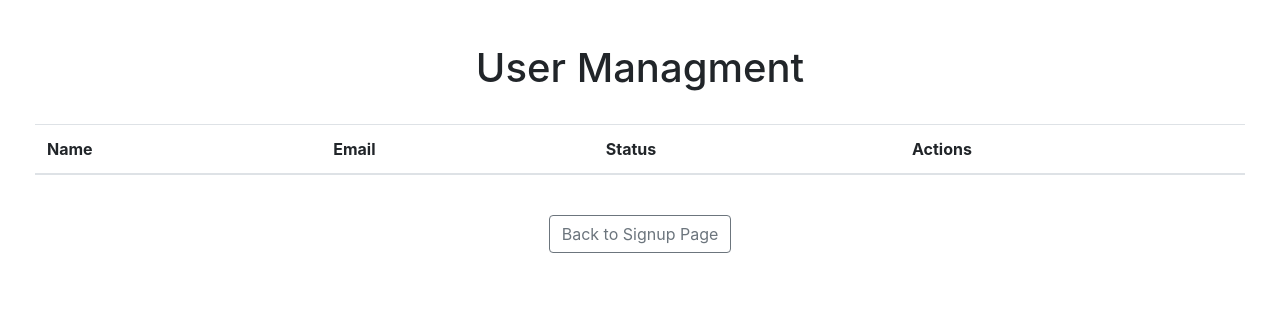
Repository: rmdayberry/yodlr-take-home
Page: public/admin.html
These files come from the project's save history. The page is drawn as it stood at one moment and after the next save; the edit follows.
The browser window is 1280 px wide. The pictures show the whole page.
The page's requests for data from a server got no answer.

Above is the page before, as saved 2024-10-09 10:35:52.

After the next save:
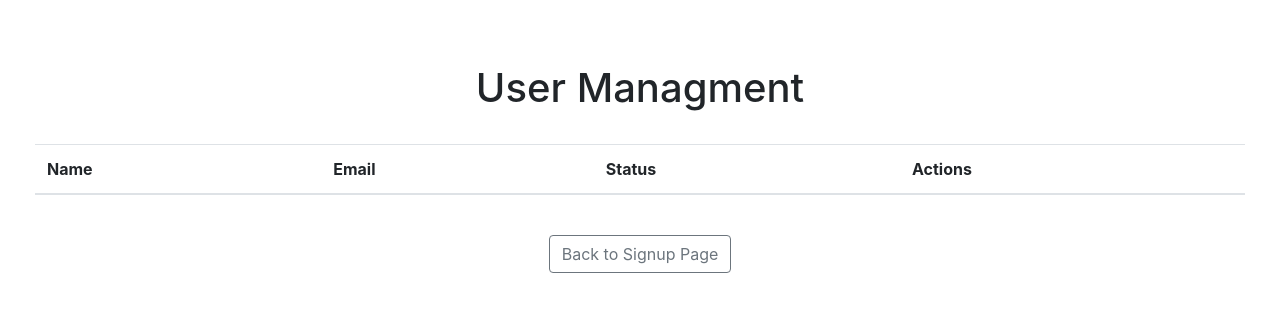
Saved 2 min 14 s later.
--- a/public/css/admin.css
+++ b/public/css/admin.css
@@ -1,4 +1,11 @@
 body {
   background-color: #f9f9f9;
-  font-family: ;
+  font-family: --apple-system, BlinkMacSystemFont, "Segoe UI", Roboto,
+    "Helvetica Neue", Arial, Helvetica, sans-serif;
+  color: #333;
 }
+.container-fluid {
+  padding: 20px;
+  border-radius: 12px;
+  box-shadow: 0 2px 10px rgb;
+}
